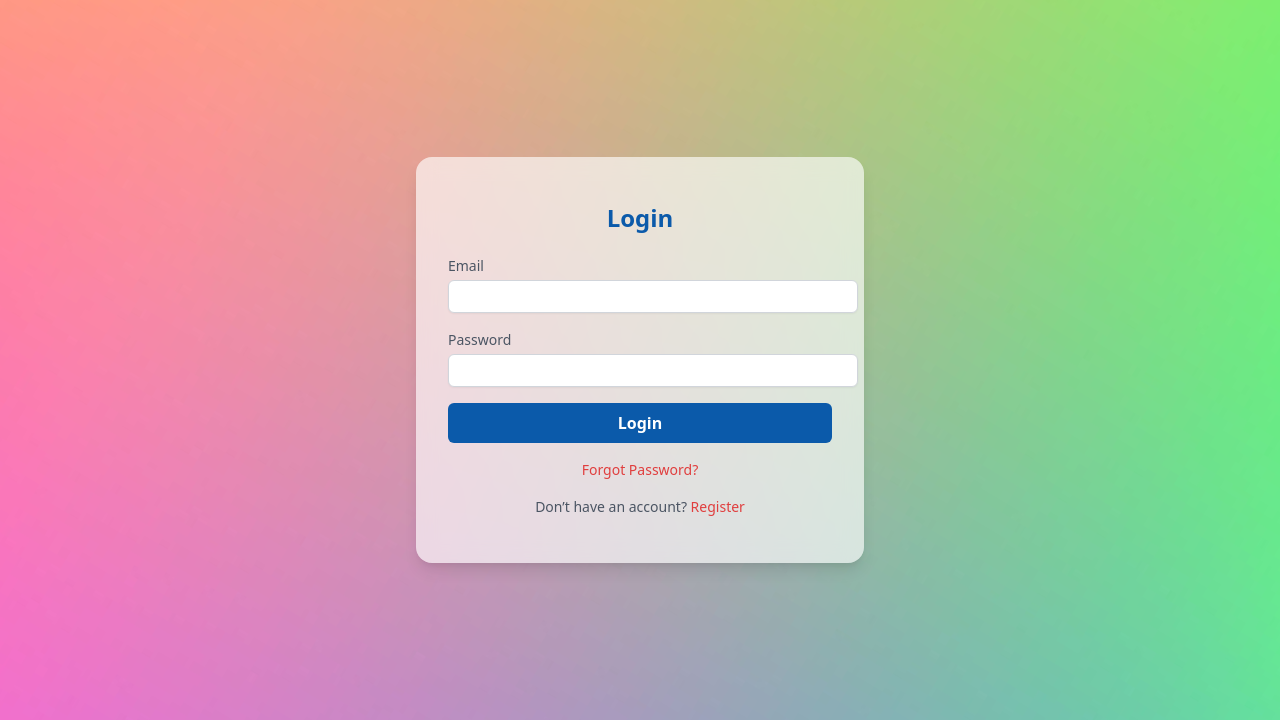
Repository: LoneHeroOne/SmartRecruit
Page: / (app in frontend/)
These files come from the project's save history. The page is drawn as it stood at one moment and after the next save; the edit follows.
The browser window is 1280 px wide. The pictures show the whole page.
The project was rebuilt for these pictures with package versions that can differ from the ones it lists, and the page was loaded fresh each time. Also part of the build but not shown: frontend/vite.config.ts, frontend/src/Pages/Register.tsx, frontend/src/Pages/ForgotPassword.tsx.

Above is the page before, as saved 2025-09-30 19:25:10.

After the next save:
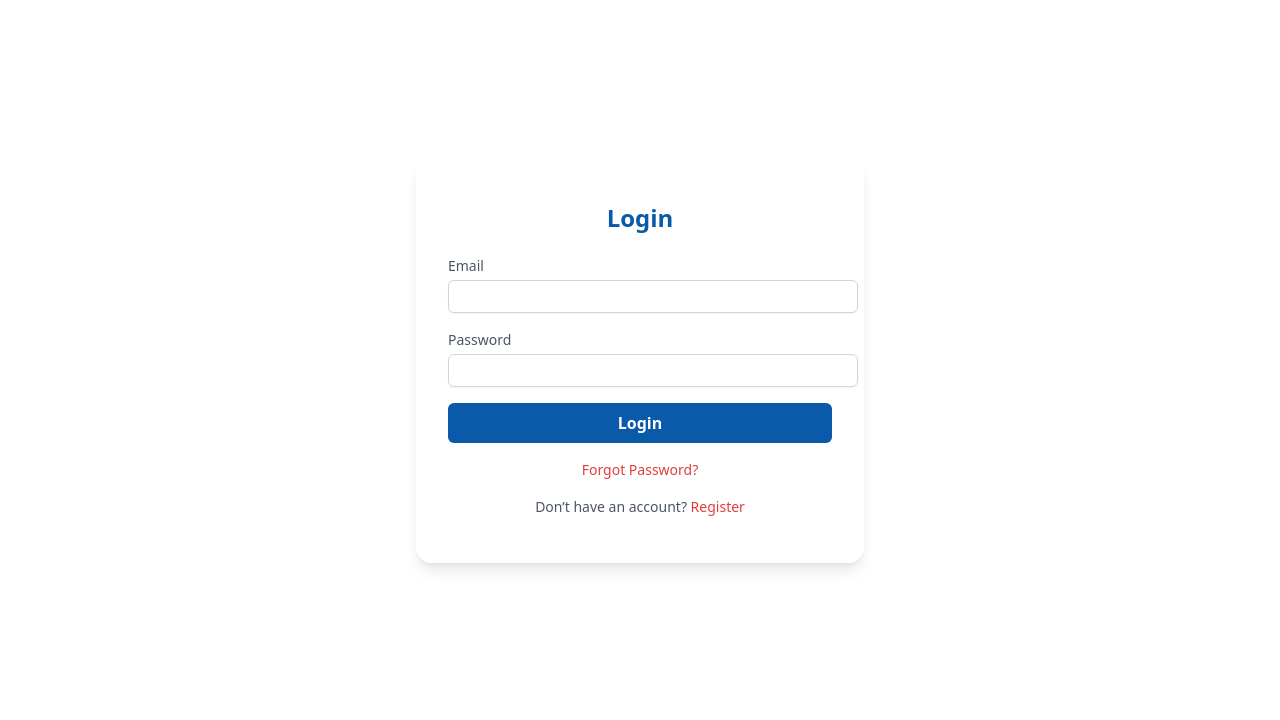
Saved 2 min 43 s later.
--- a/frontend/src/Pages/Login.tsx
+++ b/frontend/src/Pages/Login.tsx
@@ -32,7 +32,7 @@
 
   return (
     <div className="login-container">
-      <BackgroundAnimation />
+
       <div className="login-card">
         <h1 className="login-title">
           Login

After the save that followed:
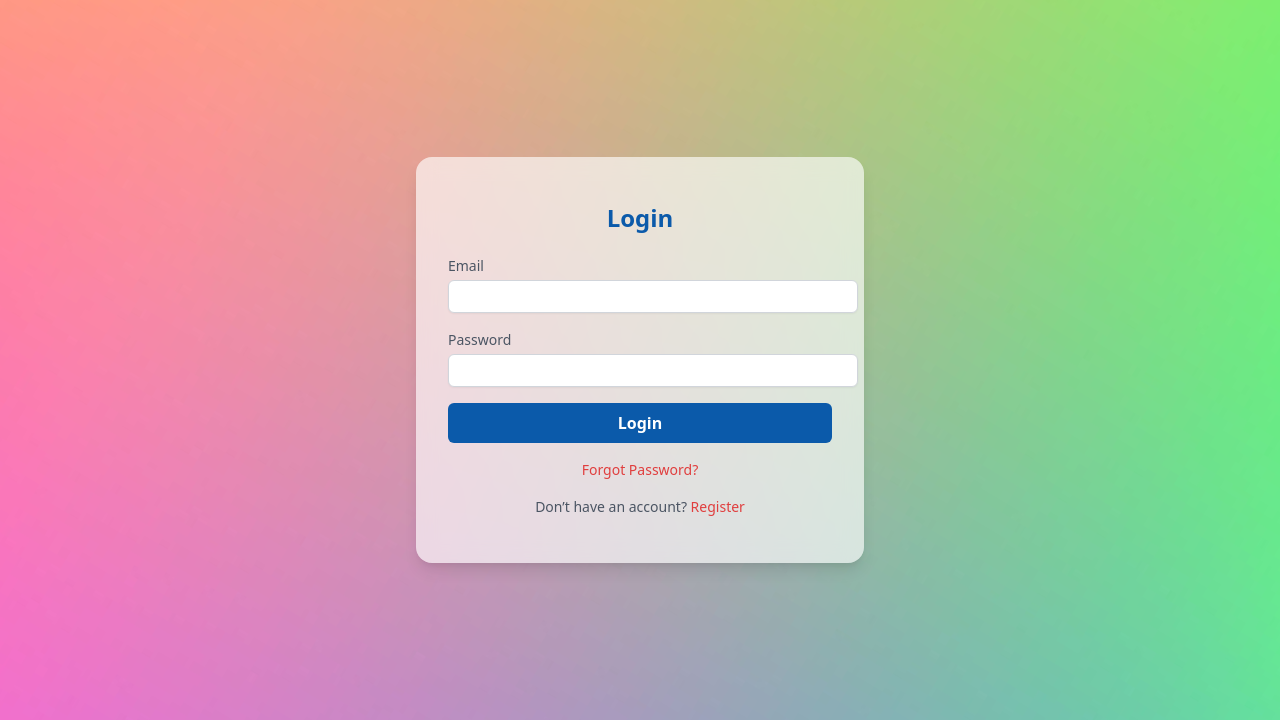
Saved 9 s later.
--- a/frontend/src/Pages/Login.tsx
+++ b/frontend/src/Pages/Login.tsx
@@ -32,7 +32,7 @@
 
   return (
     <div className="login-container">
-
+      <BackgroundAnimation />
       <div className="login-card">
         <h1 className="login-title">
           Login
